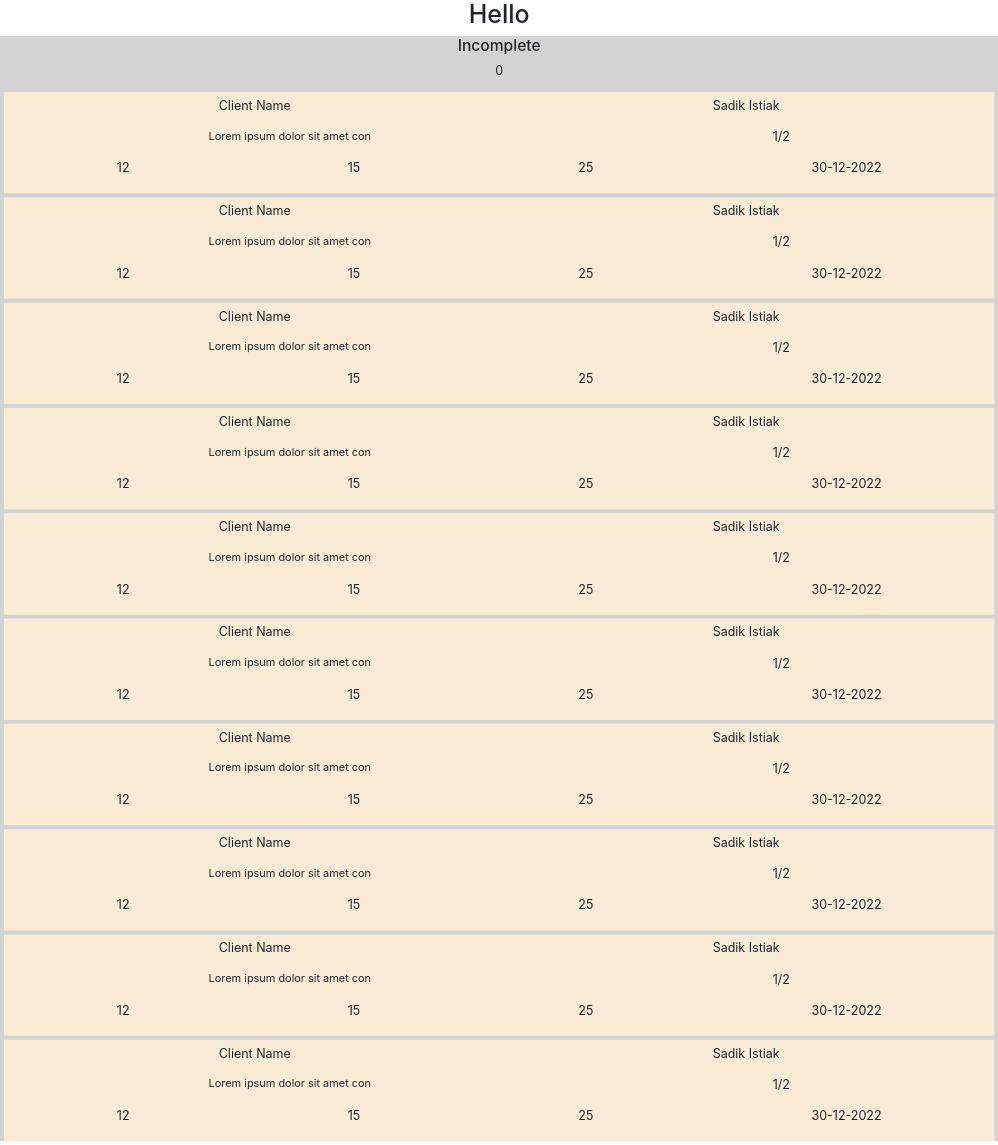
Repository: Sharif-00112/dashboard-task-frontend
Page: /
An editor plug-in stored every save of this project. The page is shown before and after the next save, followed by the edit.
The browser window is 1280 px wide. The pictures show the whole page, at 78% of full size.
The project was rebuilt for these pictures with package versions that can differ from the ones it lists, and the page was loaded fresh each time.

Above is the page before, as saved 2023-01-27 23:48:05.

### src/index.js
import React from 'react';
import 'bootstrap/dist/css/bootstrap.css';
import ReactDOM from 'react-dom/client';
import './index.css';
import App from './App';
import reportWebVitals from './reportWebVitals';

const root = ReactDOM.createRoot(document.getElementById('root'));
root.render(
  <React.StrictMode>
    <App />
  </React.StrictMode>
);

// If you want to start measuring performance in your app, pass a function
// to log results (for example: reportWebVitals(console.log))
// or send to an analytics endpoint. Learn more: https://bit.ly/CRA-vitals
reportWebVitals();

### src/App.js
import './App.css';
import Incomplete from './Components/Incomplete';

function App() {
  return (
    <div className="App">

      <h2>Hello</h2>
      <Incomplete></Incomplete>
    </div>
  );
}

export default App;

### src/Components/Incomplete.js
import React, { useState } from 'react';
import { useEffect } from 'react';
import './styles.css';
import Task from './Task';

const Incomplete = () => {
    const [tasks, setTasks] = useState([]);
    useEffect( ()=> {
        fetch('./tasks.JSON')
        .then(res => res.json())
        .then(data => setTasks(data))
    } ,[])
    return (
        <div className='background'>
            <div className="">
                <h5>Incomplete</h5>
                <p>0</p>
            </div>
            <div className="section-container">
                <div className="task-container">
                    {
                        tasks.map(task => <Task
                            key={task.taskNo}
                            task={task}
                        ></Task>)
                    }
                </div>
            </div>
        </div>
    );
};

export default Incomplete;

### src/Components/styles.css
.background{
    background-color: lightgray;
}

.task-part{
    display: flex;
    justify-content: space-around
}

.task{
    background-color: antiquewhite;
    margin: 5px;
    padding: 5px;
}

### src/Components/Task.js
import React from 'react';
import './styles.css';

const Task = (props) => {
    const {clientName, clientImg, supervisorName, supervisorImg, taskSummary, progress, staff1Img, staff2Img, modules, message, attachment, date} = props.task;
    return (
        <div className='task'>
            <div className="task-part">
                <p>{clientName}</p>
                <p>{supervisorName}</p>
            </div>
            <div className="task-part">
                <small>{taskSummary.substring(0,30)}</small>
                <p>{progress}</p>
            </div>
            <div className="task-part">
                <p>{modules}</p>
                <p>{message}</p>
                <p>{attachment}</p>
                <p>{date}</p>
            </div>
        </div>
    );
};

export default Task;

### public/tasks.JSON
[
  {
    "taskNo": 1,
    "clientName": "Client Name",
    "clientImg": "clientIMG.jpg",
    "supervisorName": "Sadik Istiak",
    "supervisorImg": "supervisorIMG.jpg",
    "taskSummary": "Lorem ipsum dolor sit amet consectetur adipisicing elit. Pariatur velit nemo accusamus. Dolorum, doloribus quisquam unde repellat iusto voluptatum quasi?",
    "progress": "1/2",
    "staff1Img": "staff1.jpg",
    "staff2Img": "staff2.jpg",
    "modules": 12,
    "message": 15,
    "attachment": 25,
    "date": "30-12-2022"
  },
  {
    "taskNo": 2,
    "clientName": "Client Name",
    "clientImg": "clientIMG.jpg",
    "supervisorName": "Sadik Istiak",
    "supervisorImg": "supervisorIMG.jpg",
    "taskSummary": "Lorem ipsum dolor sit amet consectetur adipisicing elit. Pariatur velit nemo accusamus. Dolorum, doloribus quisquam unde repellat iusto voluptatum quasi?",
    "progress": "1/2",
    "staff1Img": "staff1.jpg",
    "staff2Img": "staff2.jpg",
    "modules": 12,
    "message": 15,
    "attachment": 25,
    "date": "30-12-2022"
  },
  {
    "taskNo": 3,
    "clientName": "Client Name",
    "clientImg": "clientIMG.jpg",
    "supervisorName": "Sadik Istiak",
    "supervisorImg": "supervisorIMG.jpg",
    "taskSummary": "Lorem ipsum dolor sit amet consectetur adipisicing elit. Pariatur velit nemo accusamus. Dolorum, doloribus quisquam unde repellat iusto voluptatum quasi?",
    "progress": "1/2",
    "staff1Img": "staff1.jpg",
    "staff2Img": "staff2.jpg",
    "modules": 12,
    "message": 15,
    "attachment": 25,
    "date": "30-12-2022"
  },
  {
    "taskNo": 4,
    "clientName": "Client Name",
    "clientImg": "clientIMG.jpg",
    "supervisorName": "Sadik Istiak",
    "supervisorImg": "supervisorIMG.jpg",
    "taskSummary": "Lorem ipsum dolor sit amet consectetur adipisicing elit. Pariatur velit nemo accusamus. Dolorum, doloribus quisquam unde repellat iusto voluptatum quasi?",
    "progress": "1/2",
    "staff1Img": "staff1.jpg",
    "staff2Img": "staff2.jpg",
    "modules": 12,
    "message": 15,
    "attachment": 25,
    "date": "30-12-2022"
  },
  {
    "taskNo": 5,
    "clientName": "Client Name",
    "clientImg": "clientIMG.jpg",
    "supervisorName": "Sadik Istiak",
    "supervisorImg": "supervisorIMG.jpg",
    "taskSummary": "Lorem ipsum dolor sit amet consectetur adipisicing elit. Pariatur velit nemo accusamus. Dolorum, doloribus quisquam unde repellat iusto voluptatum quasi?",
    "progress": "1/2",
    "staff1Img": "staff1.jpg",
    "staff2Img": "staff2.jpg",
    "modules": 12,
    "message": 15,
    "attachment": 25,
    "date": "30-12-2022"
  },
  {
    "taskNo": 6,
    "clientName": "Client Name",
    "clientImg": "clientIMG.jpg",
    "supervisorName": "Sadik Istiak",
    "supervisorImg": "supervisorIMG.jpg",
    "taskSummary": "Lorem ipsum dolor sit amet consectetur adipisicing elit. Pariatur velit nemo accusamus. Dolorum, doloribus quisquam unde repellat iusto voluptatum quasi?",
    "progress": "1/2",
    "staff1Img": "staff1.jpg",
    "staff2Img": "staff2.jpg",
    "modules": 12,
    "message": 15,
    "attachment": 25,
    "date": "30-12-2022"
  },
  {
    "taskNo": 7,
    "clientName": "Client Name",
    "clientImg": "clientIMG.jpg",
    "supervisorName": "Sadik Istiak",
    "supervisorImg": "supervisorIMG.jpg",
    "taskSummary": "Lorem ipsum dolor sit amet consectetur adipisicing elit. Pariatur velit nemo accusamus. Dolorum, doloribus quisquam unde repellat iusto voluptatum quasi?",
    "progress": "1/2",
    "staff1Img": "staff1.jpg",
    "staff2Img": "staff2.jpg",
    "modules": 12,
    "message": 15,
    "attachment": 25,
    "date": "30-12-2022"
  },
  {
    "taskNo": 8,
    "clientName": "Client Name",
    "clientImg": "clientIMG.jpg",
    "supervisorName": "Sadik Istiak",
    "supervisorImg": "supervisorIMG.jpg",
    "taskSummary": "Lorem ipsum dolor sit amet consectetur adipisicing elit. Pariatur velit nemo accusamus. Dolorum, doloribus quisquam unde repellat iusto voluptatum quasi?",
    "progress": "1/2",
    "staff1Img": "staff1.jpg",
    "staff2Img": "staff2.jpg",
    "modules": 12,
    "message": 15,
    "attachment": 25,
    "date": "30-12-2022"
  },
  {
    "taskNo": 9,
    "clientName": "Client Name",
    "clientImg": "clientIMG.jpg",
    "supervisorName": "Sadik Istiak",
    "supervisorImg": "supervisorIMG.jpg",
    "taskSummary": "Lorem ipsum dolor sit amet consectetur adipisicing elit. Pariatur velit nemo accusamus. Dolorum, doloribus quisquam unde repellat iusto voluptatum quasi?",
    "progress": "1/2",
    "staff1Img": "staff1.jpg",
    "staff2Img": "staff2.jpg",
    "modules": 12,
    "message": 15,
    "attachment": 25,
    "date": "30-12-2022"
  },
  {
    "taskNo": 10,
    "clientName": "Client Name",
    "clientImg": "clientIMG.jpg",
    "supervisorName": "Sadik Istiak",
    "supervisorImg": "supervisorIMG.jpg",
    "taskSummary": "Lorem ipsum dolor sit amet consectetur adipisicing elit. Pariatur velit nemo accusamus. Dolorum, doloribus quisquam unde repellat iusto voluptatum quasi?",
    "progress": "1/2",
    "staff1Img": "staff1.jpg",
    "staff2Img": "staff2.jpg",
    "modules": 12,
    "message": 15,
    "attachment": 25,
    "date": "30-12-2022"
  }
]

Loaded but not shown: public/index.html (common file); src/index.css (common file); src/reportWebVitals.js (common file); src/App.css (common file)

After the next save:
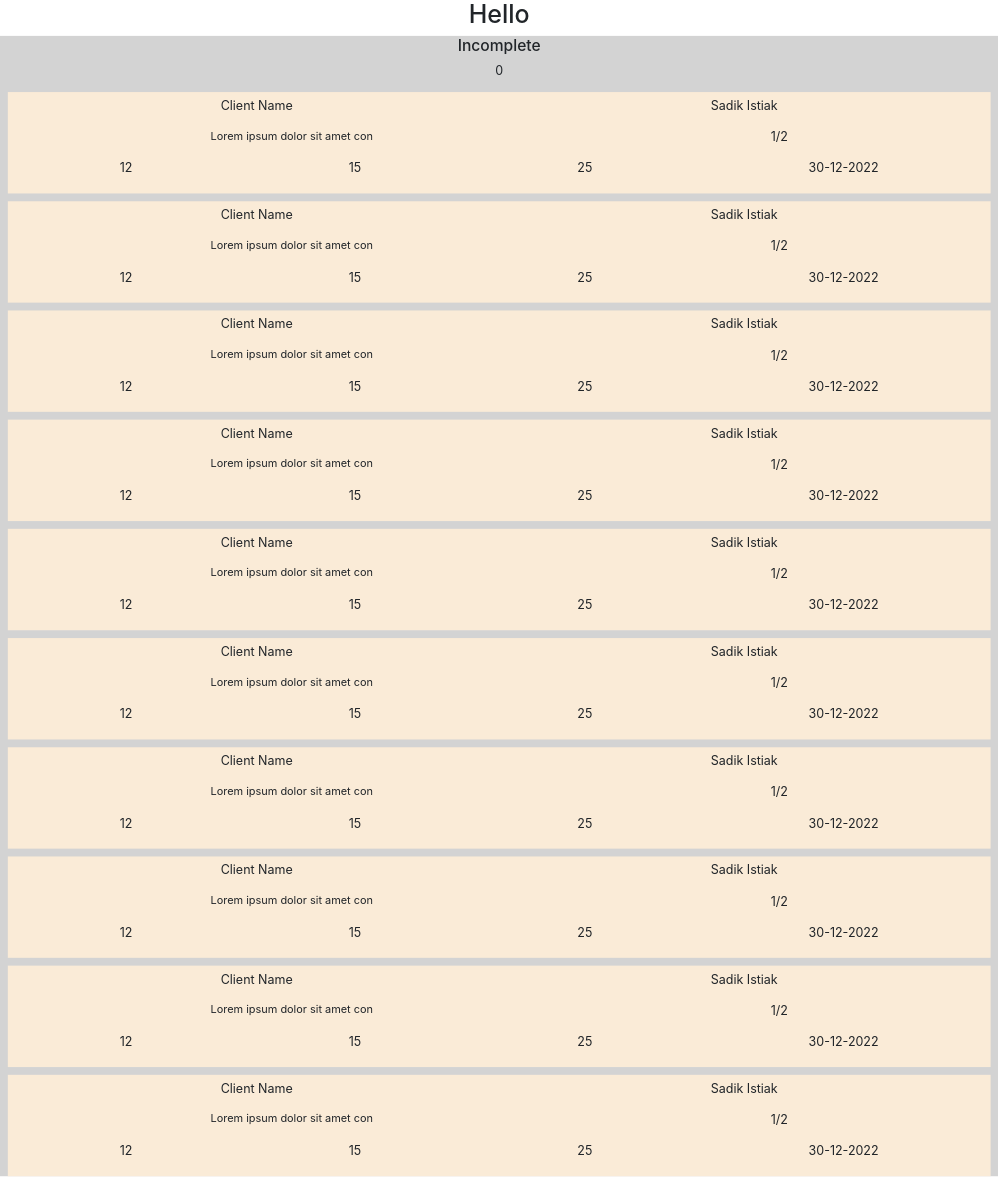
Saved 13 s later.
--- a/src/Components/styles.css
+++ b/src/Components/styles.css
@@ -9,6 +9,6 @@
 
 .task{
     background-color: antiquewhite;
-    margin: 5px;
+    margin: 10px;
     padding: 5px;
 }
